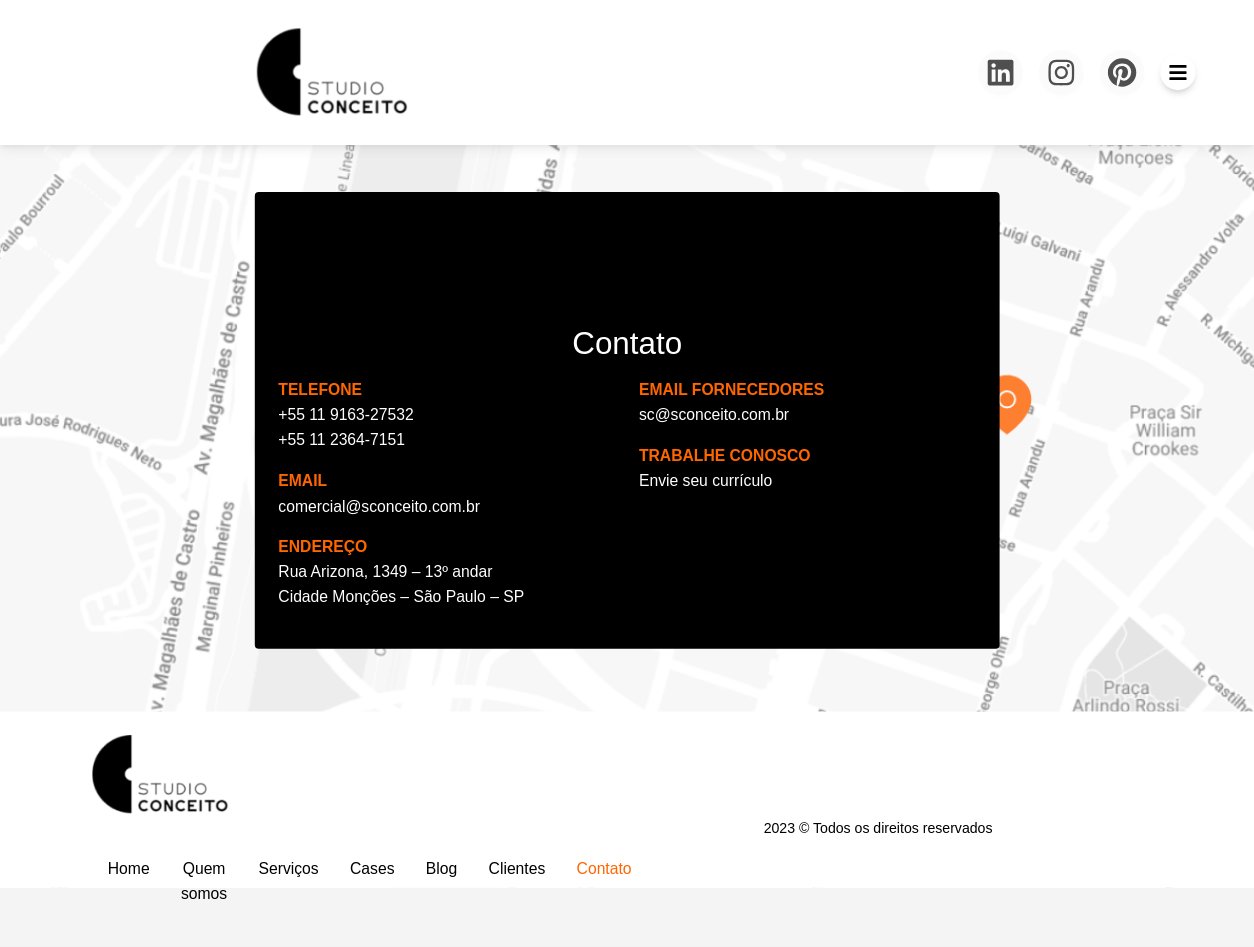
Repository: Upstairs-Agencia/studio-conceito-react
Page: /contato
An editor plug-in stored every save of this project. The page is shown before and after the next save, followed by the edit.
The browser window is 1280 px wide. The pictures show the whole page, at 98% of full size.
The project was rebuilt for these pictures with package versions that can differ from the ones it lists, and the page was loaded fresh each time. Also part of the build but not shown: src/pages/Home.js, src/pages/QuemSomos.js, src/pages/Servicos.js, src/pages/Cases.js, src/pages/Blog.js, src/pages/Clientes.js.

Above is the page before, as saved 2024-12-29 03:09:28.

### public/index.html
<!DOCTYPE html>
<html lang="en">
  <head>
    <meta charset="utf-8" />
    <link rel="icon" href="%PUBLIC_URL%/favicon.ico" />
    <meta name="viewport" content="width=device-width, initial-scale=1" />
    <meta name="theme-color" content="#000000" />
    <meta
      name="description"
      content="Web site created using create-react-app"
    />
    <link rel="apple-touch-icon" href="%PUBLIC_URL%/logo192.png" />
    <!--
      manifest.json provides metadata used when your web app is installed on a
      user's mobile device or desktop. See https://developers.google.com/web/fundamentals/web-app-manifest/
    -->
    <link rel="manifest" href="%PUBLIC_URL%/manifest.json" />
    <!--
      Notice the use of %PUBLIC_URL% in the tags above.
      It will be replaced with the URL of the `public` folder during the build.
      Only files inside the `public` folder can be referenced from the HTML.

      Unlike "/favicon.ico" or "favicon.ico", "%PUBLIC_URL%/favicon.ico" will
      work correctly both with client-side routing and a non-root public URL.
      Learn how to configure a non-root public URL by running `npm run build`.
    -->
    <title>Studio Conceito</title>
  </head>
  <body>
    <noscript>You need to enable JavaScript to run this app.</noscript>
    <div id="root"></div>
    <!--
      This HTML file is a template.
      If you open it directly in the browser, you will see an empty page.

      You can add webfonts, meta tags, or analytics to this file.
      The build step will place the bundled scripts into the <body> tag.

      To begin the development, run `npm start` or `yarn start`.
      To create a production bundle, use `npm run build` or `yarn build`.
    -->
  </body>
</html>

### src/index.js

import React from 'react';
import ReactDOM from 'react-dom';
import App from './App';
import 'mdb-react-ui-kit/dist/css/mdb.min.css'; // MDB styles
import './index.css'; // Global styles

ReactDOM.render(
  <React.StrictMode>
    <App />
  </React.StrictMode>,
  document.getElementById('root')
);

### src/App.js

import React from 'react';
import { BrowserRouter as Router, Routes, Route } from 'react-router-dom';
import Home from './pages/Home';
import QuemSomos from './pages/QuemSomos';
import Servicos from './pages/Servicos';
import Cases from './pages/Cases';
import Blog from './pages/Blog';
import Clientes from './pages/Clientes';
import Contato from './pages/Contato';

function App() {
  return (
    <Router>
      <Routes>
        <Route path="/" element={<Home />} />
        <Route path="/quem-somos" element={<QuemSomos />} />
        <Route path="/servicos" element={<Servicos />} />
        <Route path="/cases" element={<Cases />} />
        <Route path="/blog" element={<Blog />} />
        <Route path="/clientes" element={<Clientes />} />
        <Route path="/contato" element={<Contato />} />
      </Routes>
    </Router>
  );
}

export default App;

### src/index.css

body {
  margin: 0;
  font-family: Arial, sans-serif;
  background-color: #f4f4f4;
}

### src/pages/Contato.js
import React from "react";
import { MDBContainer, MDBRow, MDBCol } from "mdb-react-ui-kit";
import Navbar from "../components/navbar";
import Footer from "../components/footer";
import backgroundMap from "../images/ContactBg.png"; // Ajuste o caminho da imagem
import logoImage from "../images/logoBlack.png"; // Ajuste o caminho do logo

const ContactPage = () => {
  return (
    <div
      style={{
        backgroundImage: `url(${backgroundMap})`,
        backgroundSize: "cover",
        backgroundPosition: "center",
        minHeight: "100vh",
      }}
    >
      <Navbar />
      <MDBContainer className="text-white py-5">
        <MDBRow className="justify-content-center">
          <MDBCol md="8" className="bg-black p-4 rounded">
            <div className="text-center mb-4">
              <img src={logoImage} alt="Studio Conceito Logo" style={{ width: "150px" }} />
            </div>
            <h2 className="text-white text-center mb-3">Contato</h2>
            <MDBRow>
              <MDBCol md="6" className="text-white">
                <p>
                  <strong style={{color: `#ff6600`}}>TELEFONE</strong>
                  <br />
                  +55 11 9163-27532
                  <br />
                  +55 11 2364-7151
                </p>
                <p>
                  <strong style={{color: `#ff6600`}}>EMAIL</strong>
                  <br />
                  comercial@sconceito.com.br
                </p>
                <p>
                  <strong style={{color: `#ff6600`}}>ENDEREÇO</strong>
                  <br />
                  Rua Arizona, 1349 – 13º andar
                  <br />
                  Cidade Monções – São Paulo – SP
                </p>
              </MDBCol>
              <MDBCol md="6" className="text-white">
                <p>
                  <strong style={{color: `#ff6600`}}> EMAIL FORNECEDORES</strong>
                  <br />
                  sc@sconceito.com.br
                </p>
                <p>
                  <strong style={{color: `#ff6600`}}>TRABALHE CONOSCO</strong>
                  <br />
                  Envie seu currículo
                </p>
              </MDBCol>
            </MDBRow>

          </MDBCol>
        </MDBRow>
      </MDBContainer>
      <Footer />
    </div>
  );
};

export default ContactPage;

### src/components/navbar.js
import React, { useState } from "react";

import Logo from "../images/logoBlack.png";

import {
  MDBNavbar,
  MDBNavbarBrand,
  MDBContainer,
} from "mdb-react-ui-kit";
import { FaLinkedin, FaInstagram, FaPinterest, FaBars } from "react-icons/fa";
import { IoIosClose } from "react-icons/io";
import { Link } from "react-router-dom";

import SeloGptw from "../images/selo-gptw.png";

const Navbar = () => {
  const [showMenu, setShowMenu] = useState(false);

  return (
    <>
      {/* Navbar */}
      <MDBNavbar dark bgColor="white" className="py-4 px-5">
        <MDBContainer fluid className="d-flex justify-content-between align-items-center">
          {/* Logo */}
          <MDBNavbarBrand href="#" className="ms-5">
            <img
              src={Logo}
              alt="Logo"
              style={{ maxHeight: "90px", marginLeft: "12vw"}}
            />
          </MDBNavbarBrand>

          {/* Social Icons and Menu Toggle */}
          <div className="d-flex align-items-center">
            {/* Social Icons */}
            <div className="d-flex gap-3 me-3">
              <button className="btn btn-light rounded-circle p-2">
                <FaLinkedin size={30} />
              </button>
              <button className="btn btn-light rounded-circle p-2">
                <FaInstagram size={30} />
              </button>
              <button className="btn btn-light rounded-circle p-2">
                <FaPinterest size={30} />
              </button>
            </div>

            {/* FaBars Icon for Sidebar */}
            <button
              className="btn rounded-circle p-2"
              style={{
                background: "none",
                border: "none",
                cursor: "pointer",
              }}
              onClick={() => setShowMenu(!showMenu)}
            >
              <FaBars size={20} color="black" />
            </button>
          </div>
        </MDBContainer>
      </MDBNavbar>

      {/* Sidebar Menu */}
      {showMenu && (
        <div
          className="position-fixed top-0 end-0 bg-white vh-100 vw-350 shadow-lg d-flex flex-column"
          style={{ zIndex: 1050, width: "500px" }}
        >
          <div className="d-flex justify-content-end p-3">
            {/* Close Button */}
            <button
              className="p-0"
              style={{
                background: "none",
                border: "none",
                cursor: "pointer",
              }}
              onClick={() => setShowMenu(false)}
            >
              <IoIosClose size={40} />
            </button>
          </div>





          <div className="p-4 flex-grow-1">
            {/* Menu Items */}
            <ul className="list-unstyled">
              {[
                { label: "Home", link: "/" },
                { label: "Quem somos", link: "/quem-somos" },
                { label: "Serviços", link: "/servicos" },
                { label: "Cases", link: "/cases" },
                { label: "Blog", link: "/blog" },
                { label: "Clientes", link: "/clientes" },
                { label: "Contato", link: "/contato" },
              ].map((item, index) => (
                <li key={index} className="py-2">
                  <Link
                    to={item.link}
                    className="text-decoration-none fs-6"
                    style={{
                      transition: "all 0.3s ease-in-out", // Transição suave
                      color:"black"
                    }}
                    onMouseOver={(e) => {
                      e.currentTarget.style.color = "#FF7F30"; // Altera a cor
                      e.currentTarget.style.fontWeight = "bold"; // Negrito
                    }}
                    onMouseOut={(e) => {
                      e.currentTarget.style.color = "black"; // Retorna à cor original
                      e.currentTarget.style.fontWeight = "normal"; // Retira o negrito
                    }}
                  >
                    {item.label}
                  </Link>
                </li>
              ))}
            </ul>
          </div>



          {/* Footer Section */}
          <div className="d-flex justify-content-between align-items-center px-4 pb-4">
            {/* Social Icons */}
            <div className="d-flex gap-3">
              <button className="btn btn-dark rounded-circle p-2">
                <FaLinkedin size={20} color="white" />
              </button>
              <button className="btn btn-dark rounded-circle p-2">
                <FaInstagram size={20} color="white" />
              </button>
              <button className="btn btn-dark rounded-circle p-2">
                <FaPinterest size={20} color="white" />
              </button>
            </div>

            {/* Placeholder Image */}
            <img
              src={SeloGptw}
              alt="Great Place to Work"
              style={{ maxHeight: "200px", marginBottom: "4rem" }}
            />
          </div>
        </div>
      )}
    </>
  );
};

export default Navbar;

### src/components/footer.js
import React from "react";
import { MDBFooter, MDBContainer, MDBRow, MDBCol } from "mdb-react-ui-kit";
import Logo from "../images/logoBlack.png";
import "../styles/footer.css";

const Footer = () => {
  return (
    <MDBFooter className="footer-container text-center text-white">
      <MDBContainer className="p-4 footer-content">

        <MDBRow className="content-signature">
            {/* Logo e Nome */}
            <MDBCol md="4" className="mb-4 footer-left">
                <img
                    src={Logo}
                    alt="Studio Conceito Logo"
                    className="footer-logo"
                />

                {/* Navegação */}
                <MDBCol md="4" className="mb-3 footer-center">
                    <nav className="footer-nav">
                        <a href="/">Home</a>
                        <a href="/quem-somos"> Quem somos </a>
                        <a href="/servicos">Serviços</a>
                        <a href="/cases">Cases</a>
                        <a href="/blog">Blog</a>
                        <a href="/clientes">Clientes</a>
                        <a href="/contato" className="footerHighlight">
                            Contato
                        </a>
                    </nav>
                </MDBCol>

            </MDBCol>

            {/* Direitos Reservados */}
            <MDBCol md="4" className="mb-4 footer-right">
                <p className="mb-0">2023 &copy; Todos os direitos reservados</p>
            </MDBCol>

        </MDBRow>



      </MDBContainer>
    </MDBFooter>
  );
};

export default Footer;

### src/styles/footer.css
.footer-container {
    background-color: white;
    height: 25vh !important; /* Ocupa 30% da altura da tela */
    display: flex;
    justify-content: center;
    align-items: center;
    color: black;
    font-family: Arial, sans-serif;
    margin: 1rem 0;
  }

  .footer-content {
    height: 100%; /* Garante que o conteúdo ocupe toda a altura do footer */
  }

  .content-signature{
    display: flex;
    flex-direction: row;
  }

  .footer-left {
    display: flex;
    flex-direction: column;
  }

  .footer-logo {
    max-width: 40%; /* Aumenta a imagem para 40% de seu tamanho */
    margin-bottom: 10px;
  }


  .footer-center {
    text-align: center;
    margin: 2rem 0;
  }

  .footer-nav{
    display: flex;
    flex-direction: row;
    justify-content: space-around;
    width:35vw;

  }

  .footerHighlight {
    color: #ff6600 !important;
  }

  .footer-nav a {
    margin: 1px 1rem;
    text-decoration: none;
    color: #000;
    font-size: 1rem;
    transition: color 0.3s ease;
  }

  .footer-nav a:hover {
    color: #ff6600;
  }



  .footer-right {
    text-align: center;
    display: flex;
    justify-content: center;
    align-items: center;
    margin-left: 20vw;
    font-size: 0.9rem;
    color: #000;
  }

After the next save:
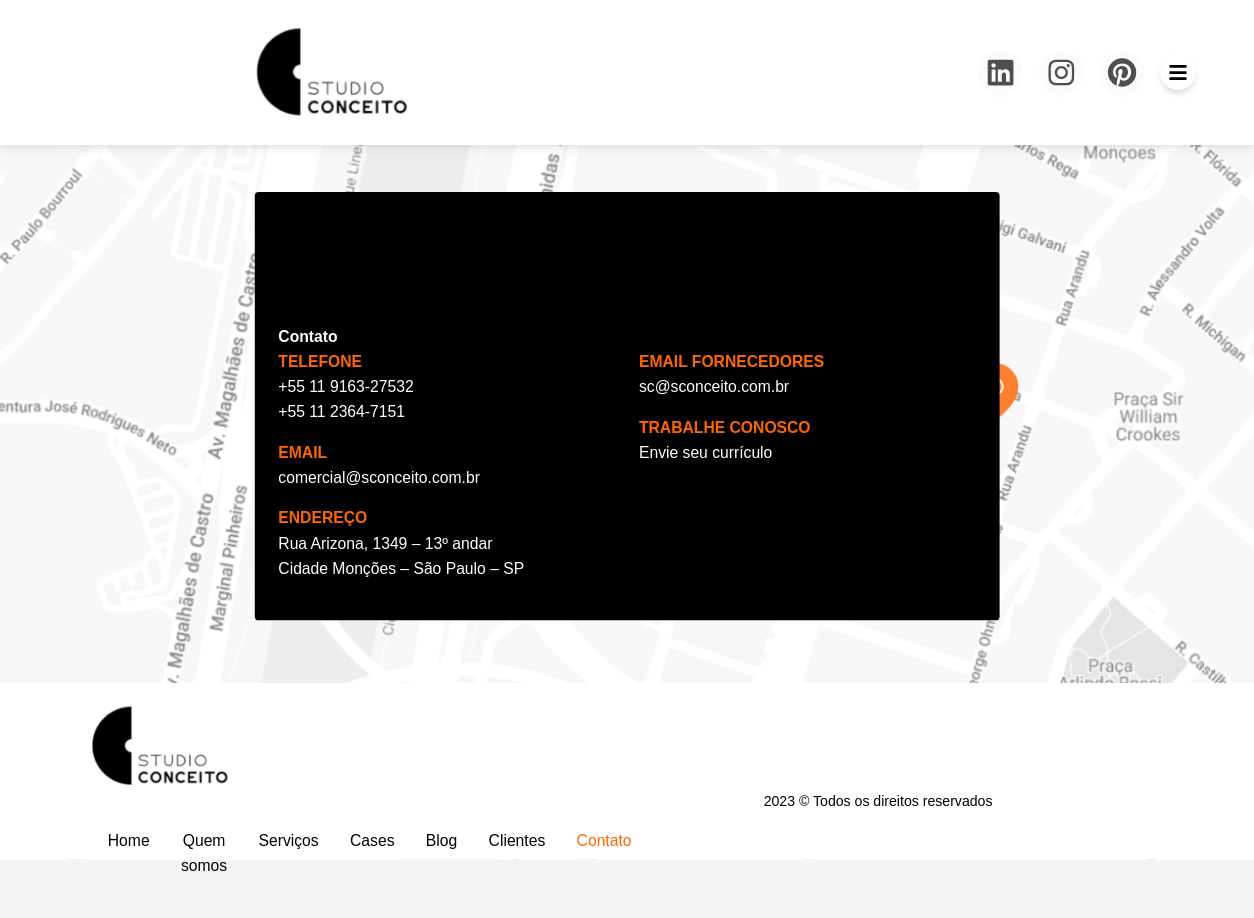
Saved 99 s later.
--- a/src/pages/Contato.js
+++ b/src/pages/Contato.js
@@ -22,7 +22,7 @@ const ContactPage = () => {
             <div className="text-center mb-4">
               <img src={logoImage} alt="Studio Conceito Logo" style={{ width: "150px" }} />
             </div>
-            <h2 className="text-white text-center mb-3">Contato</h2>
+            <strong className="text-white text-center mb-3" style={{textAlign: "left", marginBottom: "1.3rem"}}>Contato</strong>
             <MDBRow>
               <MDBCol md="6" className="text-white">
                 <p>
